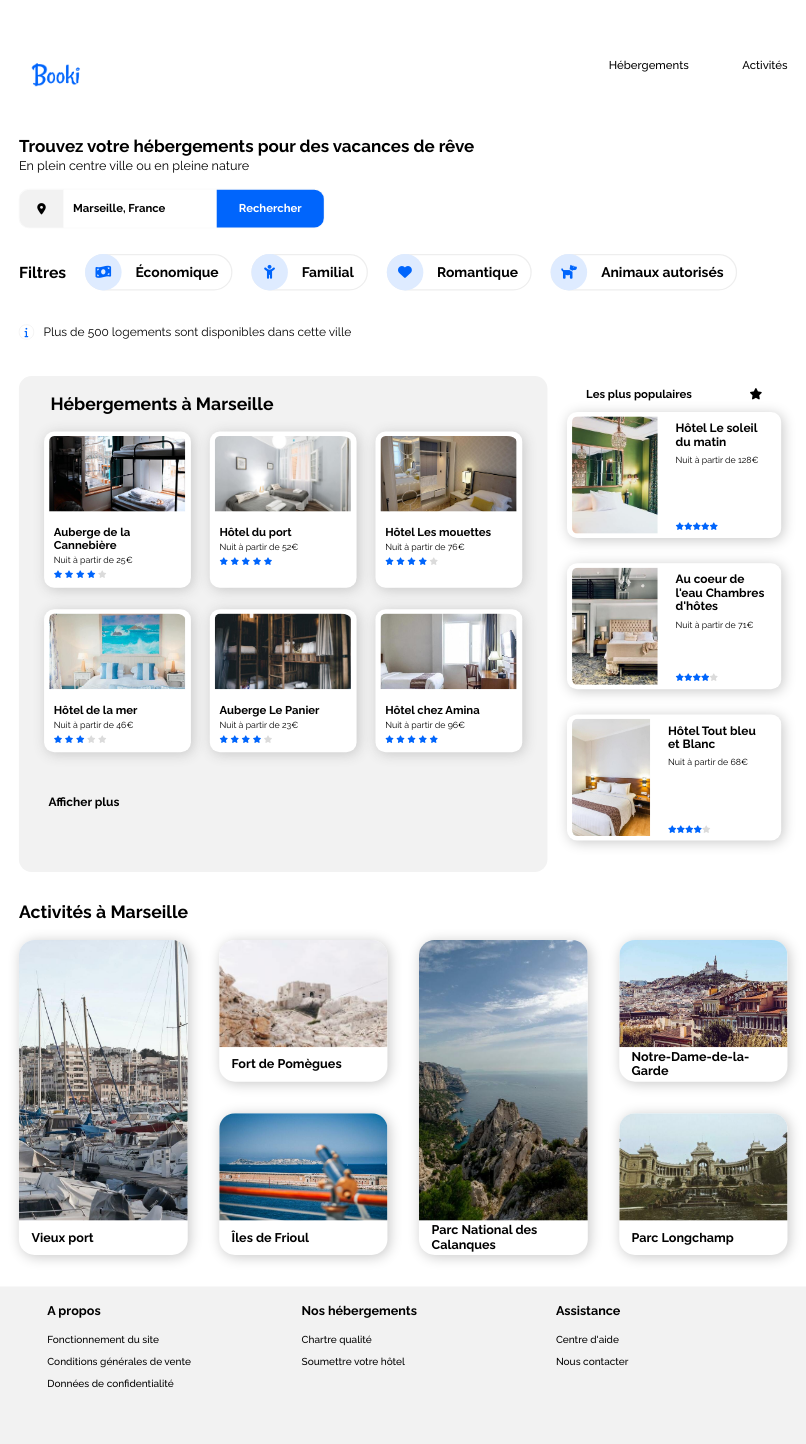
Repository: leandroBarbosaFR/booki
Page: index.html
An editor plug-in stored every save of this project. The page is shown before and after the next save, followed by the edit.
The browser window is 1280 px wide. The pictures show the whole page, at 63% of full size.

Above is the page before, as saved 2022-07-22 15:24:24.

After the next save:
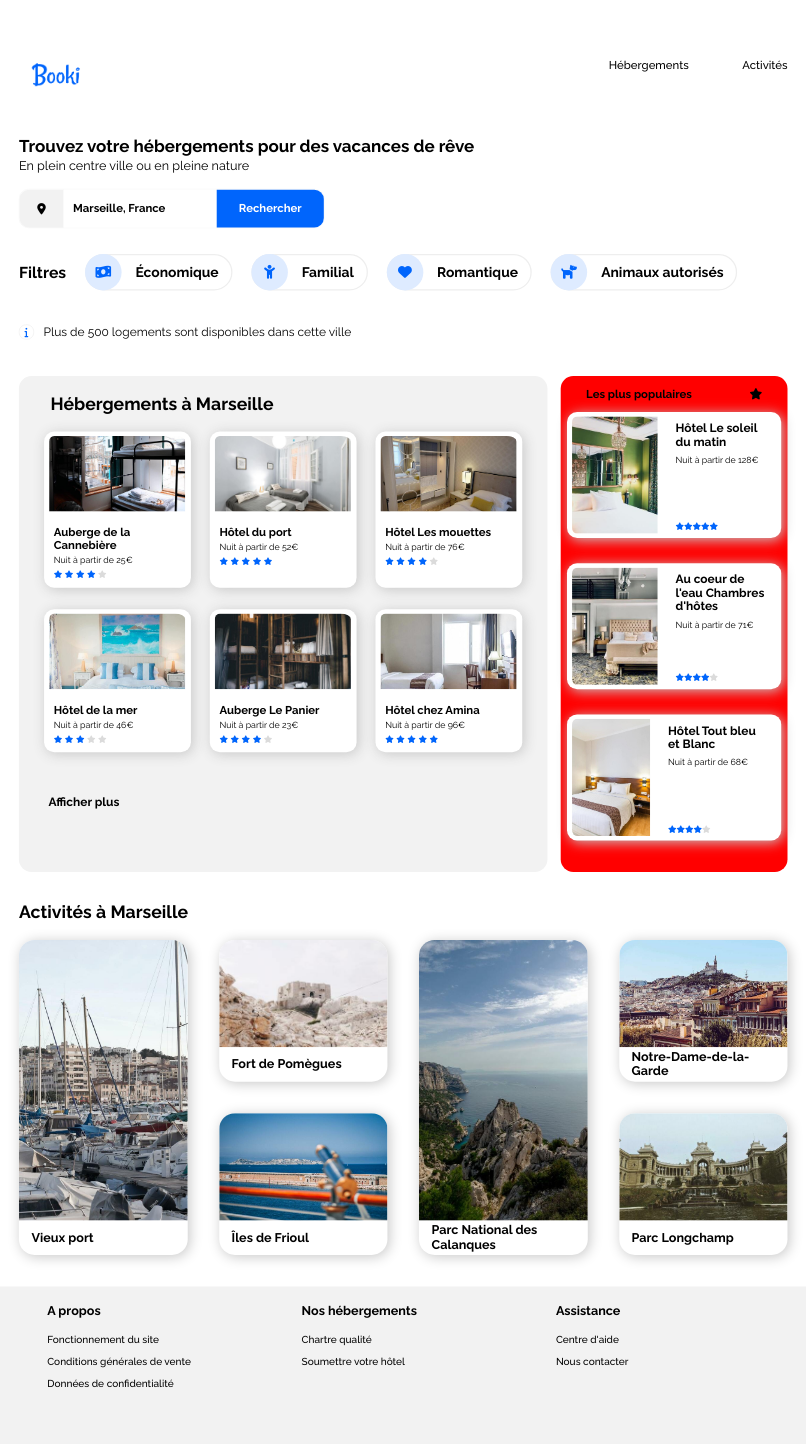
Saved 4 s later.
--- a/css/style.css
+++ b/css/style.css
@@ -283,7 +283,7 @@
 .borduredeux {
   margin-top: 40px;
   width: 30%;
-  background-color: #red;
+  background-color: red;
   border-radius: 20px;
   display: flex;
   flex-direction: column;
